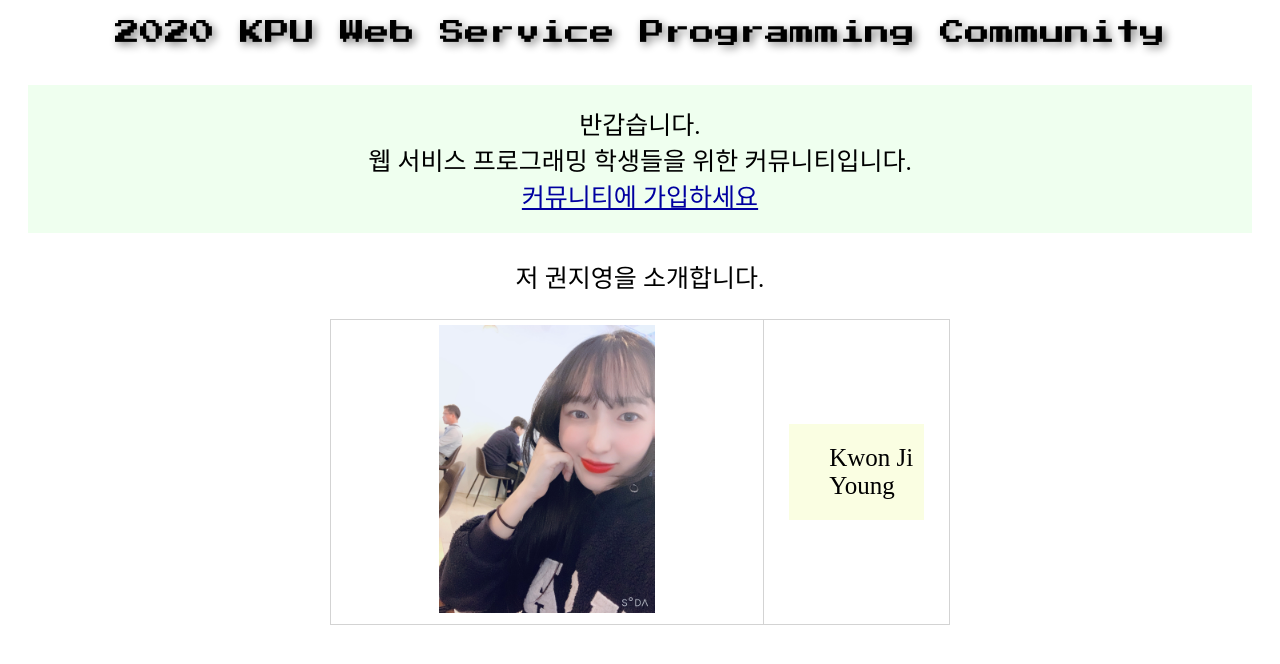
Repository: JiYoung-Kwon/WebProgramming
Page: workspace_20206R/kwonjiyoung_reg/WebContent/welcome.html
The author's editor kept a copy of each file at every save. The page is drawn from the files as they stood at one save, then again after the next save.
The browser window is 1280 px wide. The pictures show the whole page.
Some web fonts or font styles are not loaded; a fallback is used.

Above is the page before, as saved 2020-10-07 07:51:50.

### workspace_20206R/kwonjiyoung_reg/WebContent/welcome.html
<!DOCTYPE html>
<html>

<head>
<meta charset="UTF-8">
<title>Web Service Programming Homework</title>
<link rel="stylesheet" href="resources/register.css" type="text/css"></link>
</head>

<body>
	<header> 2020 KPU Web Service Programming Community </header>

	<audio src="resources/물방울 - Tido Kang.mp3" autoplay>
	</audio>


	<p id=sect>
		반갑습니다. <br> 웹 서비스 프로그래밍 학생들을 위한 커뮤니티입니다. <br>
		<a	href="http://localhost:8080/kwonjiyoung_reg/StudentServlet?cmd=join" target="_self"> 커뮤니티에 가입하세요</a>
	</p>

	<div>
		<p>저 권지영을 소개합니다.</p>

		<div>
			<table>
				<tr>
					<td> <img src="resources/Jiyoung.jpg" alt="jiyoung" width="216"height="288"></td>
					<td>
						<ul>
							<li> Kwon Ji Young</li>
						 </ul>

				</tr>

			</table>
		</div>
	</div>
</body>
</html>

### workspace_20206R/kwonjiyoung_reg/WebContent/resources/register.css
@charset "UTF-8";
@import url('https://fonts.googleapis.com/css2?family=Press+Start+2P&display=swap');
@import url('https://fonts.googleapis.com/css2?family=Nanum+Pen+Script&display=swap');
	header
	{
		margin : 20px 10px 40px 10px;
		font-family: 'Press Start 2P', cursive;
		font-size: 25px;
		text-shadow: 3px 3px 8px gray;
		text-align: center;
	}
	body{
		color: black;
		font-family: 'Nanum Pen Script', cursive;
		font-size: 25px;
	}
	div{
		margin-left: auto;
		margin-right: auto;
		width: 70%;
		text-align: center;
	}
	ul{
		list-style:none;
		text-align:left;
		background-color:#FAFEE2;
		margin-left:20px;
		margin-right: 20px;
		padding-top:20px; padding-bottom:20px;
	}
	#sect{
		background-color:#EFFFEF;
		text-align:center;
		margin:20px;
		padding:20px;
	}
	a{
		text-decoration: underline;
		color: #0000a0;
	}
	table{
		border-collapse: collapse;
		width:100%;
	}
	th{
		border: 1px solid lightgray;
		padding: 5px;
		width: 30%;
	}
	td{
		border: 1px solid lightgray;
		padding: 5px;
		width: 70%;
	}

After the next save:
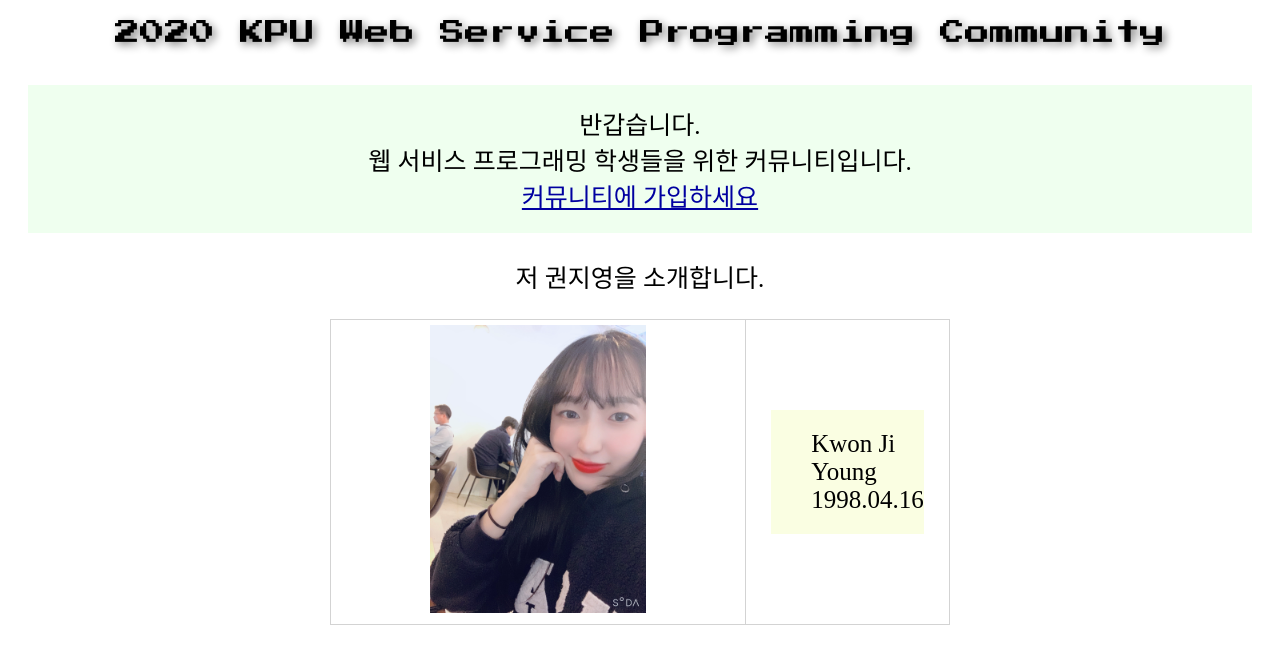
Saved 33 s later.
--- a/workspace_20206R/kwonjiyoung_reg/WebContent/welcome.html
+++ b/workspace_20206R/kwonjiyoung_reg/WebContent/welcome.html
@@ -29,8 +29,9 @@
 					<td>
 						<ul>
 							<li> Kwon Ji Young</li>
+							<li> 1998.04.16</li>
 						 </ul>
-
+					</td>
 				</tr>
 
 			</table>
